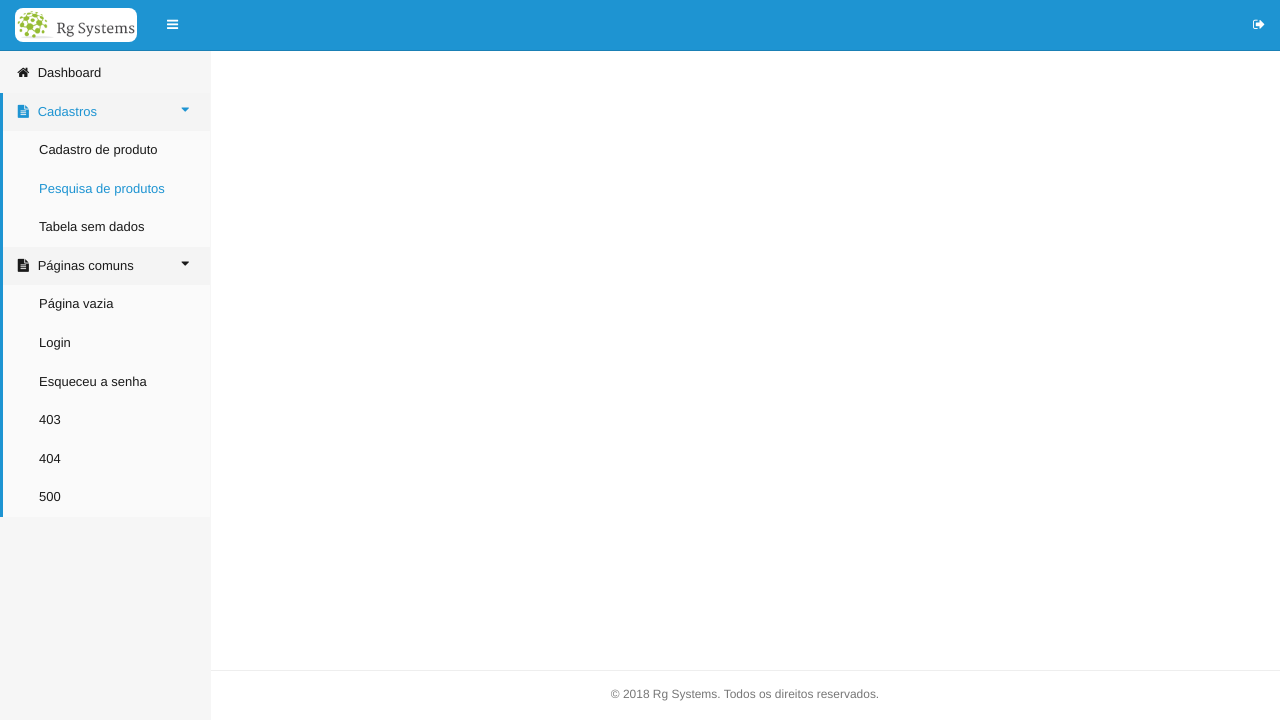
Repository: rrgonzaga/projeto-teste-biblioteca
Page: http://localhost/layout/LayoutPadrao
The author's editor kept a copy of each file at every save. The page is drawn from the files as they stood at one save, then again after the next save.
The browser window is 1280 px wide. The pictures show the whole page.
The page is this project's Thymeleaf template; nobody is signed in. The template is opened directly, without the code that normally fills it, so the values that code supplies are empty.

Above is the page before, as saved 2018-11-16 15:21:51.

After the next save:
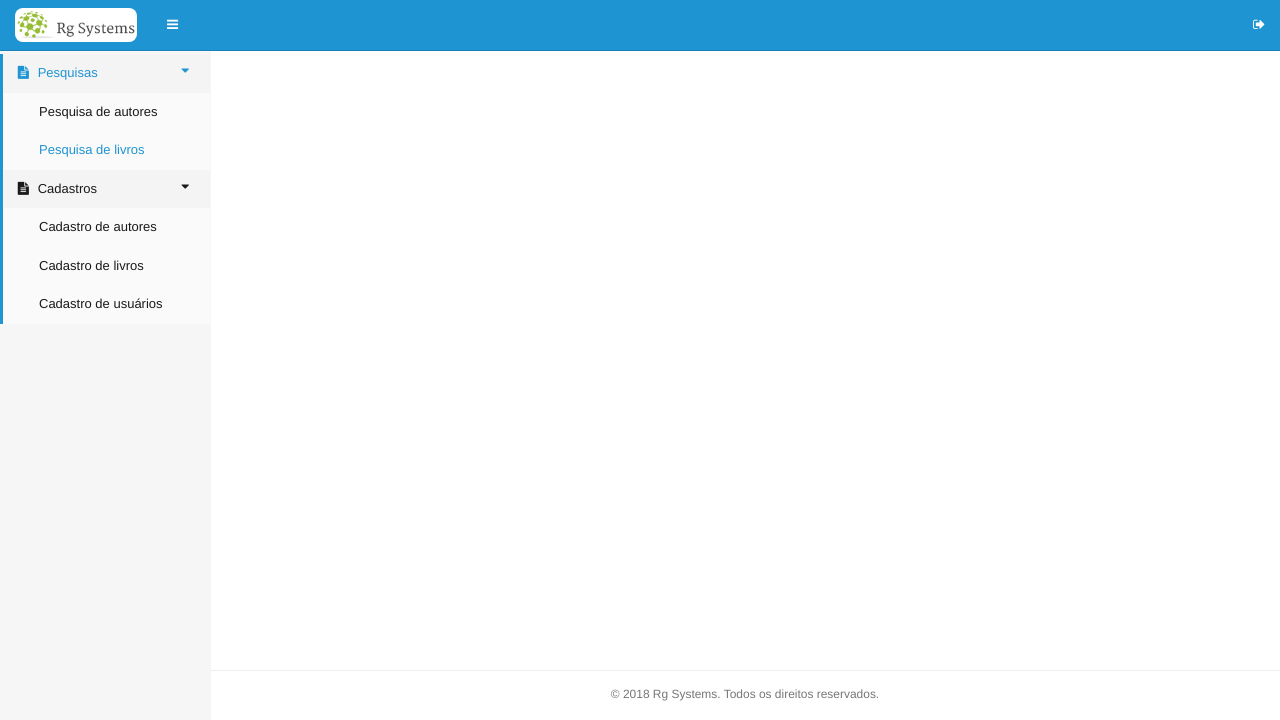
Saved 117 s later.
--- a/biblioteca/src/main/resources/templates/layout/LayoutPadrao.html
+++ b/biblioteca/src/main/resources/templates/layout/LayoutPadrao.html
@@ -28,47 +28,10 @@
 		<nav th:replace="@{layout/fragments/BarraNavegacao} :: navbar"></nav>
 		<!-- Fim Barra de Navegação -->
 
-		<aside class="aw-layout-sidebar  js-sidebar">
-			<div class="aw-layout-sidebar__content">
-			    <nav class="aw-menu  js-menu">
-			      <ul class="aw-menu__list">
+		<!-- Início Menu Lateral -->
+		<aside th:replace="@{layout/fragments/MenuLateral} :: sidebar"></aside>
+		<!-- Fim Menu Lateral -->
 
-			        <li class="aw-menu__item">
-			          <a href="dashboard.html"><i class="fa  fa-fw  fa-home"></i><span>Dashboard</span></a>
-			        </li>
-
-			        <li class="aw-menu__item  is-active">
-			          <a href="#">
-			            <i class="fa  fa-fw  fa-file-text"></i><span>Cadastros</span>
-			            <i class="aw-menu__navigation-icon  fa"></i>
-			          </a>
-
-			          <ul class="aw-menu__list  aw-menu__list--sublist">
-			            <li class="aw-menu__item  aw-menu__item--link"><a href="cadastro-produto.html">Cadastro de produto</a></li>
-			            <li class="aw-menu__item  aw-menu__item--link  is-active"><a href="pesquisa-produtos.html">Pesquisa de produtos</a></li>
-			            <li class="aw-menu__item  aw-menu__item--link"><a href="tabela-sem-dados.html">Tabela sem dados</a></li>
-			          </ul>
-			        </li>
-
-			        <li class="aw-menu__item  is-expanded">
-			          <a href="#">
-			            <i class="fa  fa-fw  fa-file-text"></i><span>Páginas comuns</span>
-			            <i class="aw-menu__navigation-icon  fa"></i>
-			          </a>
-
-			          <ul class="aw-menu__list  aw-menu__list--sublist">
-			            <li class="aw-menu__item  aw-menu__item--link"><a href="pagina-vazia.html">Página vazia</a></li>
-			            <li class="aw-menu__item  aw-menu__item--link"><a href="login.html">Login</a></li>
-			            <li class="aw-menu__item  aw-menu__item--link"><a href="esqueceu-a-senha.html">Esqueceu a senha</a></li>
-			            <li class="aw-menu__item  aw-menu__item--link"><a href="403.html">403</a></li>
-			            <li class="aw-menu__item  aw-menu__item--link"><a href="404.html">404</a></li>
-			            <li class="aw-menu__item  aw-menu__item--link"><a href="500.html">500</a></li>
-			          </ul>
-			        </li>
-			      </ul>
-			    </nav>
-			</div>
-		</aside>
 		<section class="aw-layout-content  js-content" layout:fragment="conteudo">
 
 		</section>
